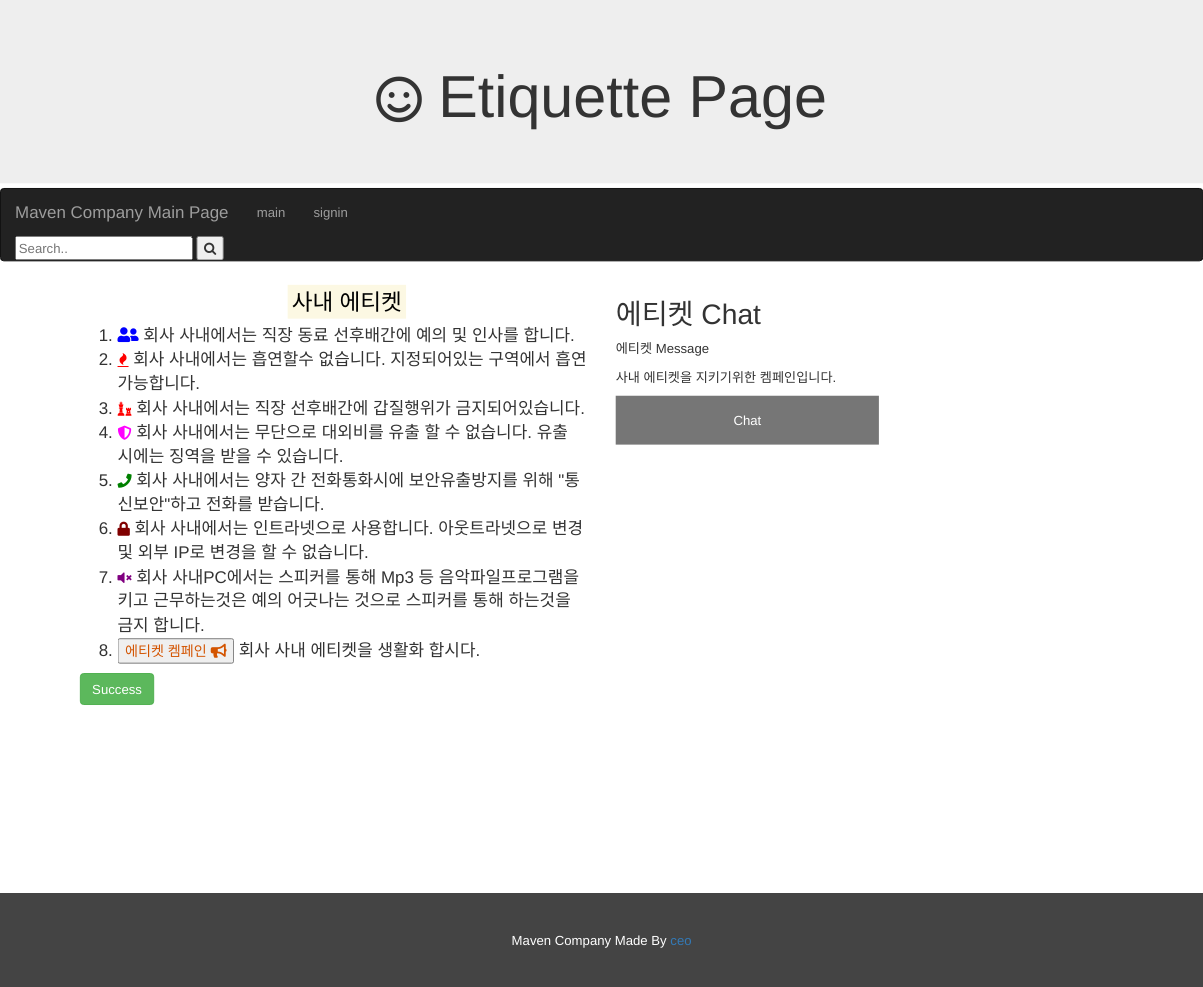
Repository: as2019a/spring
Page: http://localhost/ch19_project_mavenwebsite/WEB-INF/views/etiquette.jsp
An editor plug-in stored every save of this project. The page is shown before and after the next save, followed by the edit.
The browser window is 1280 px wide. The pictures show the whole page, at 94% of full size.
Some web libraries are served in a nearby version. The page is served by Tomcat 9. Nobody is signed in. The template is opened directly, without the code that normally fills it, so the values that code supplies are empty.

Above is the page before, as saved 2019-01-29 06:03:20.

After the next save:
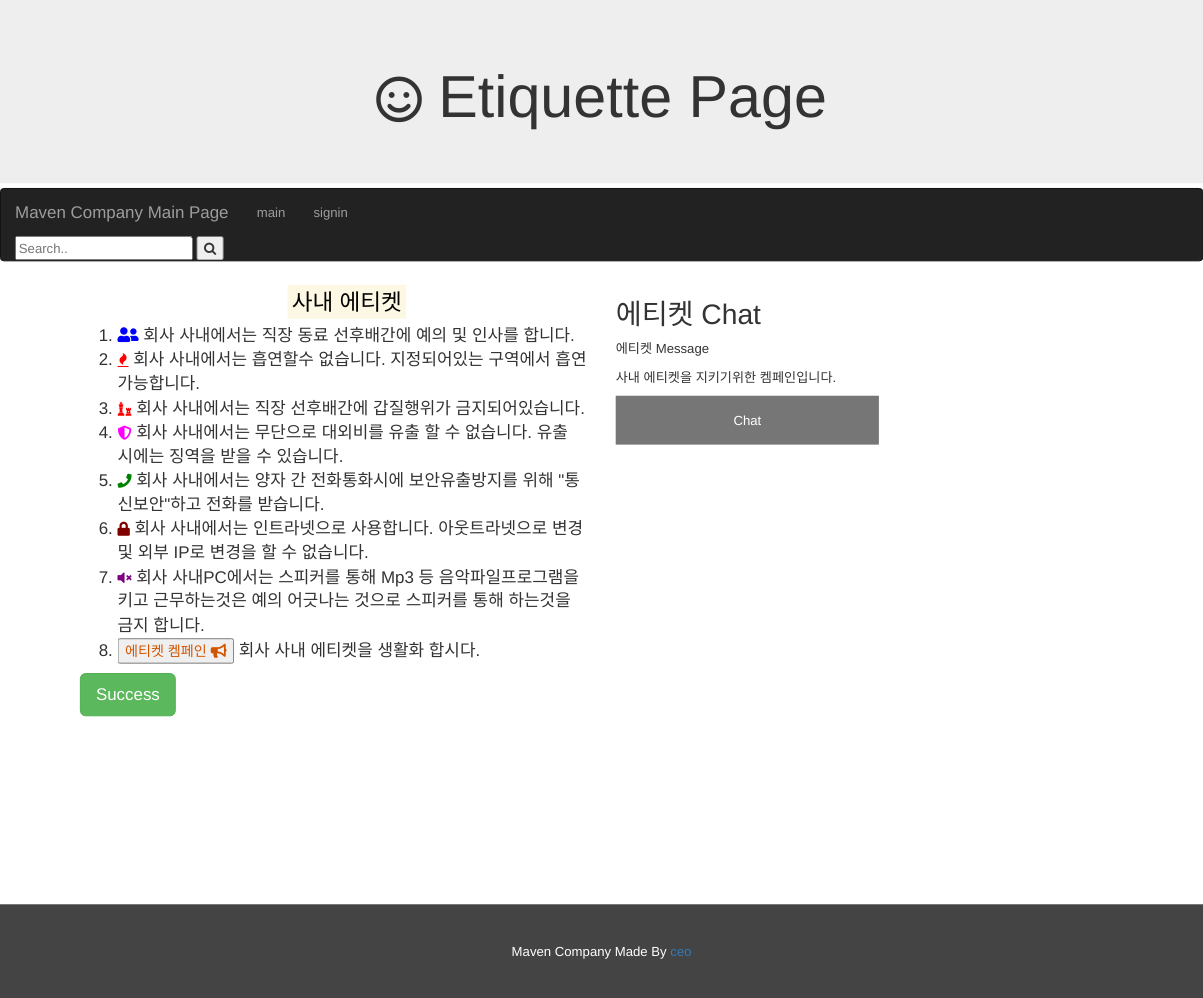
Saved 57 s later.
--- a/ch19_project_mavenwebsite/src/main/webapp/WEB-INF/views/etiquette.jsp
+++ b/ch19_project_mavenwebsite/src/main/webapp/WEB-INF/views/etiquette.jsp
@@ -183,7 +183,7 @@
 						스피커를 통해 하는것을 금지 합니다.</li>
 						<li><button style='font-size:15px;color:#d35400;' onclick="location.href='eittes.jsp'"> 에티켓 켐페인 <i class='fas fa-bullhorn'></i></button> 회사 사내 에티켓을 생활화 합시다.</li>
 					</ol>
-					<button type="button" class="btn btn-success" data-toggle="popover" title="Popover title" data-content="And here's some amazing content. It's very engaging. Right?">Success</button>
+					<button type="button" class="btn btn-success btn-lg" data-toggle="popover" title="Popover title" data-content="And here's some amazing content. It's very engaging. Right?">Success</button>
 				</div>
 				<div class="col-lg-6">
 					<h2>에티켓 Chat</h2>
